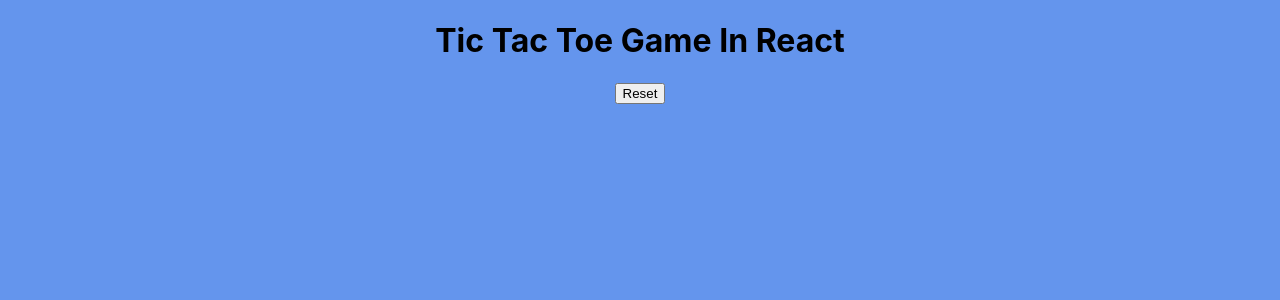
Repository: jontslater/tictaktoe
Page: /
These files come from the project's save history. The page is drawn as it stood at one moment and after the next save; the edit follows.
The browser window is 1280 px wide. The pictures show the whole page.
The project was rebuilt for these pictures with package versions that can differ from the ones it lists, and the page was loaded fresh each time. Also part of the build but not shown: src/App.css.

Above is the page before, as saved 2024-06-30 10:16:07.

### src/index.css
body {
  margin: 0;
  font-family: -apple-system, BlinkMacSystemFont, 'Segoe UI', 'Roboto', 'Oxygen',
    'Ubuntu', 'Cantarell', 'Fira Sans', 'Droid Sans', 'Helvetica Neue',
    sans-serif;
  -webkit-font-smoothing: antialiased;
  -moz-osx-font-smoothing: grayscale;
  background-color:cornflowerblue
}

code {
  font-family: source-code-pro, Menlo, Monaco, Consolas, 'Courier New',
    monospace;
}

### src/App.js

import './App.css';
import TicTacToe from './Components/TicTacToe/TicTacToe';

function App() {
  return (
    <div>
     <TicTacToe/>
    </div>
  );
}

export default App;

### src/Components/TicTacToe/TicTacToe.jsx
import React from 'react'
import './TicTacToe.css'
import O from '../Assets/O.jpg'
import x from '../Assets/x.jpg'

const TicTacToe = () => {
  return (
    <div className= 'container'>
     <h1 className='title'>Tic Tac Toe Game In <span>React</span></h1>
     <div className='board'>

     </div>
     <button className='reset'>Reset</button>
    </div>
  )
}

export default TicTacToe

### src/Components/TicTacToe/TicTacToe.css
.container{
  text-align: center;
}

Loaded but not shown: public/index.html (common file); src/index.js (common file); src/reportWebVitals.js (common file)

After the next save:
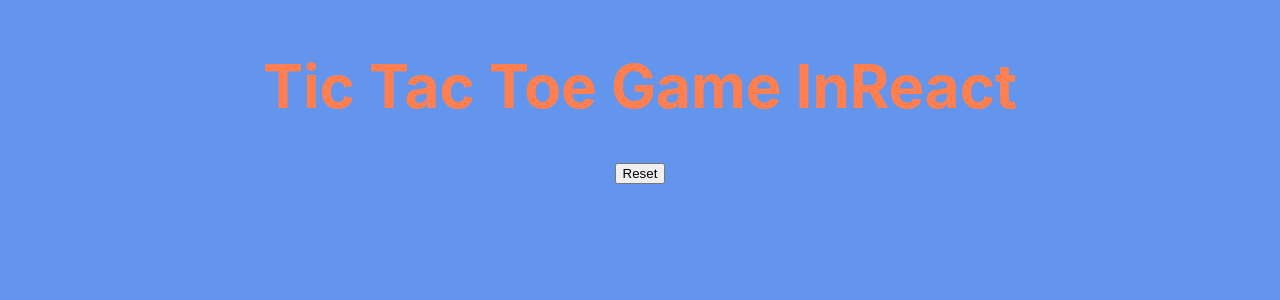
Saved 65 s later.
--- a/src/Components/TicTacToe/TicTacToe.css
+++ b/src/Components/TicTacToe/TicTacToe.css
@@ -1,3 +1,12 @@
 .container{
   text-align: center;
 }
+
+.title{
+  margin-top: 50px;
+  color: coral;
+  font-size: 60px;
+  display: flex;
+  justify-content: center;
+  align-items: center;
+}
